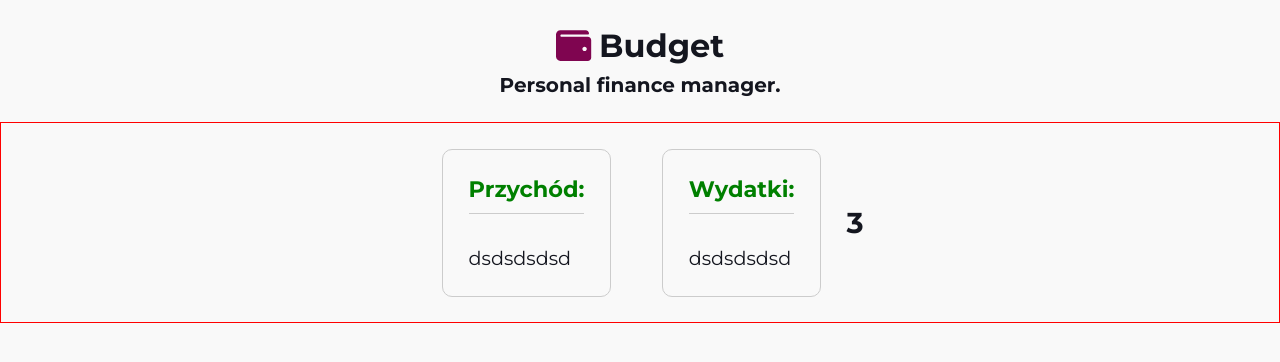
Repository: KrzysKolo/sr_tydzien4_zad4
Page: /
The author's editor kept a copy of each file at every save. The page is drawn from the files as they stood at one save, then again after the next save.
The browser window is 1280 px wide. The pictures show the whole page.
Some web libraries are served in a nearby version. The project was rebuilt for these pictures with package versions that can differ from the ones it lists, and the page was loaded fresh each time.

Above is the page before, as saved 2020-11-29 14:27:23.

After the next save:
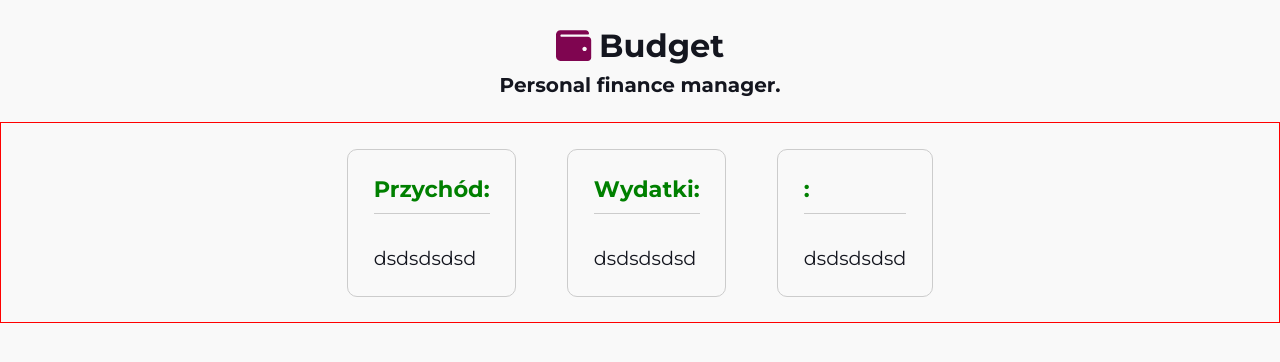
Saved 83 s later.
--- a/src/components/Budget.js
+++ b/src/components/Budget.js
@@ -36,7 +36,8 @@ const Budget = () => {
                 <SectionContainer>
                     <Section title={"Przychód"} label={"p"}/>
                     <Section title={"Wydatki"}/>
-                    <h1>3</h1>
+                    <Section />
+
                 </SectionContainer>
             </Container>
         </>
